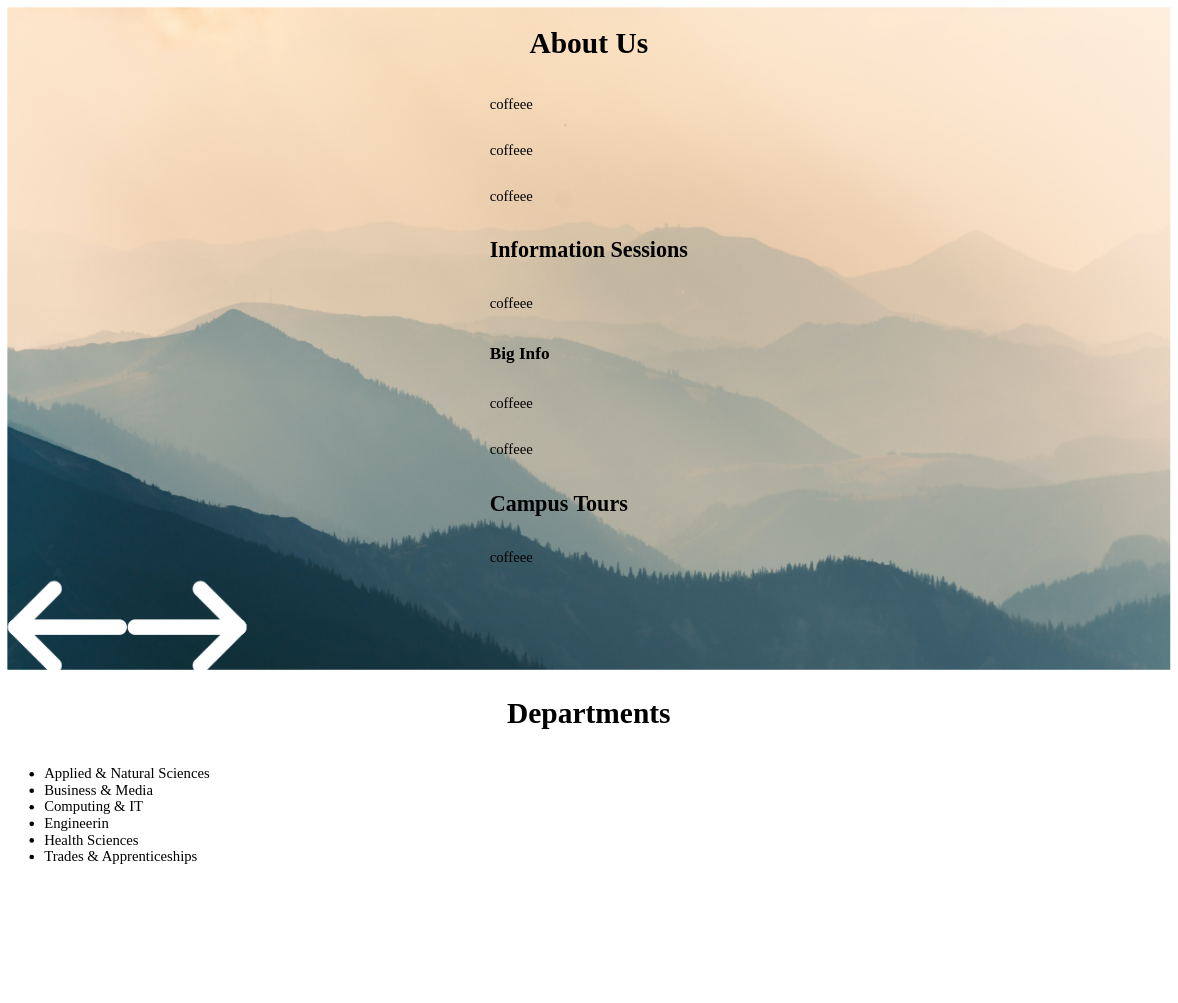
Repository: sierralaurent/MDIA2109-Assignment01
Page: /about
The author's editor kept a copy of each file at every save. The page is drawn from the files as they stood at one save, then again after the next save.
The browser window is 1280 px wide. The pictures show the whole page, at 92% of full size.
The project was rebuilt for these pictures with package versions that can differ from the ones it lists, and the page was loaded fresh each time. The framework's server and built-in components were replaced by stand-ins that run in the browser. Also part of the build but not shown: next.config.js.

Above is the page before, as saved 2023-02-02 18:48:57.

After the next save:
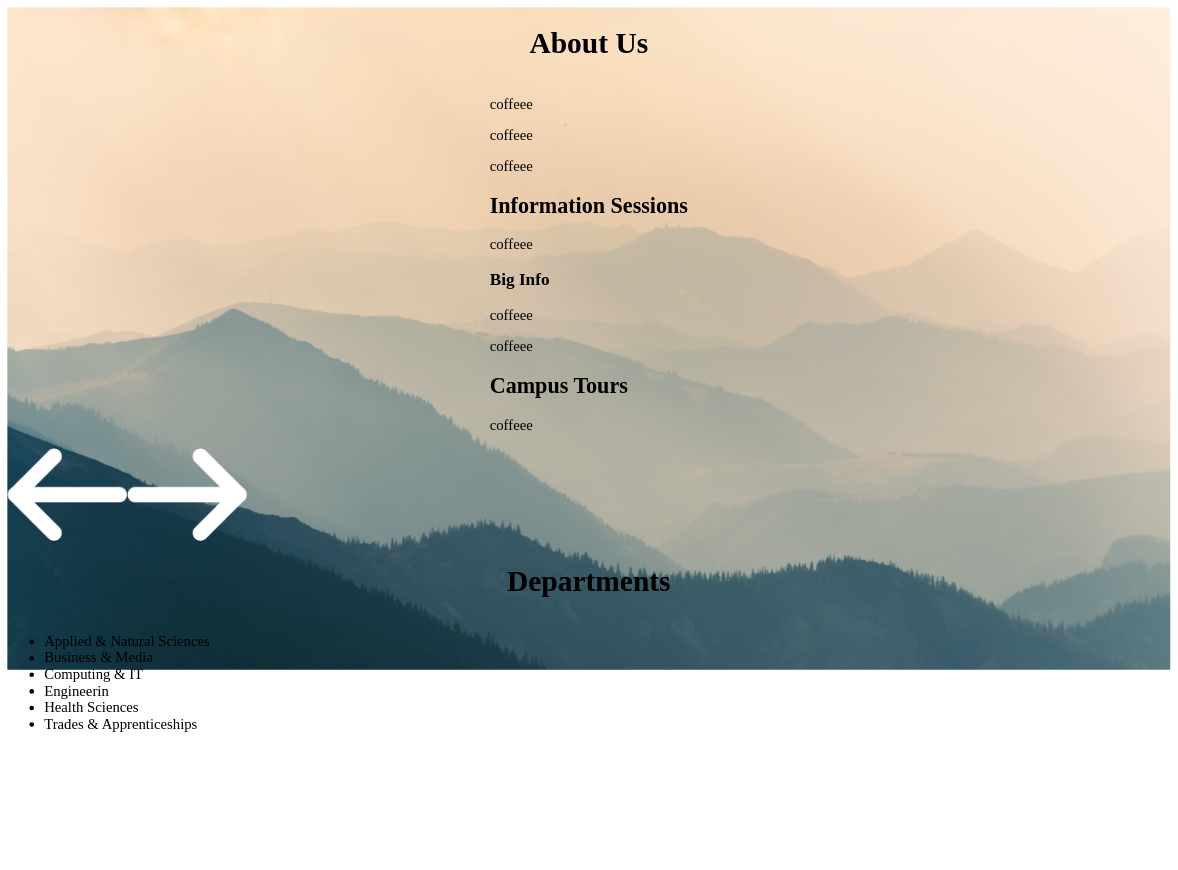
Saved 21 s later.
--- a/pages/about.js
+++ b/pages/about.js
@@ -19,7 +19,7 @@ export default function About() {
         <h1>About Us</h1>
         </div>
         <div className={styles.infodiv}>
-        <div className={styles.info1}>
+        <div className={styles.info}>
         <p>coffeee</p>
         <p>coffeee</p>
         <p>coffeee</p>

After the save that followed:
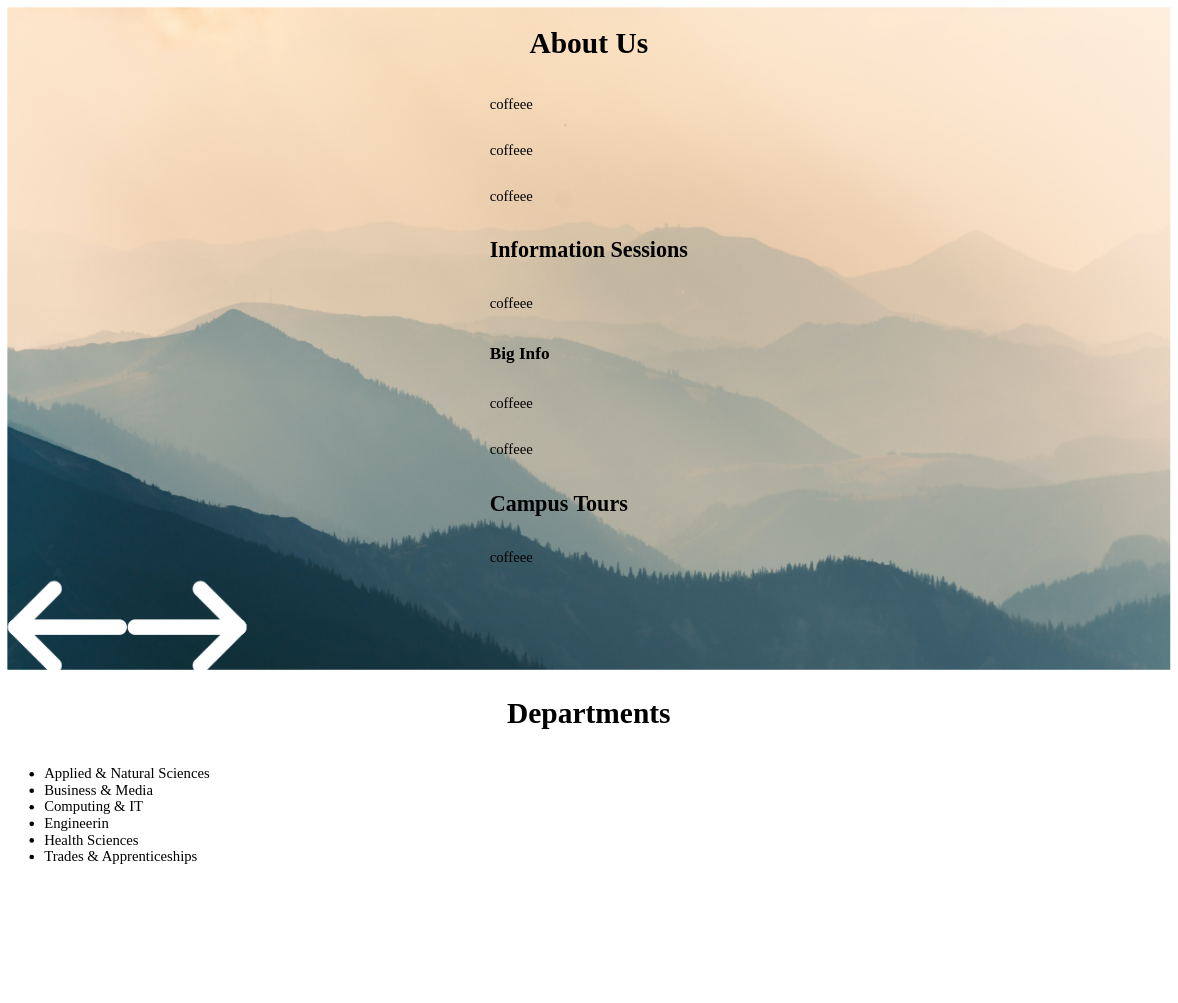
Saved 1 s later.
--- a/styles/Home.module.css
+++ b/styles/Home.module.css
@@ -25,7 +25,7 @@
   align-items: center ;
 
 }
-.info1 {
+.info {
   display: flex;
   flex-direction: column;
   justify-content: left;
